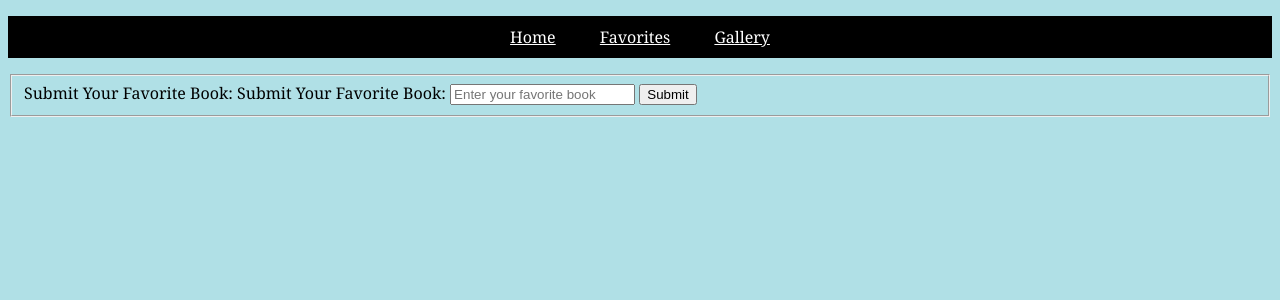
Repository: Brittany-Westlund/WebDesign
Page: Assignment3/favorites.html
The author's editor kept a copy of each file at every save. The page is drawn from the files as they stood at one save, then again after the next save.
The browser window is 1280 px wide. The pictures show the whole page.

Above is the page before, as saved 2025-06-03 22:29:19.

After the next save:
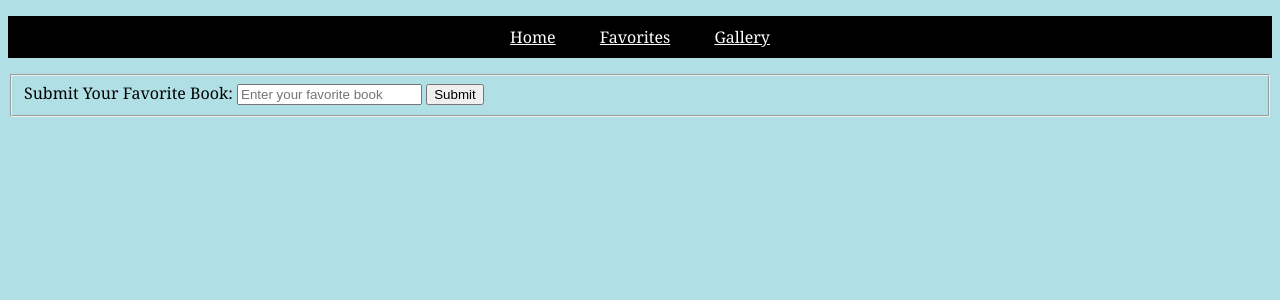
Saved 56 s later.
--- a/Assignment3/favorites.html
+++ b/Assignment3/favorites.html
@@ -20,7 +20,6 @@
   <fieldset>
     <label>Submit Your Favorite Book:</label>
 
-    <label for="favorite-book">Submit Your Favorite Book:</label>
     <input type="text" id="favorite-book" name="favorite-book" placeholder="Enter your favorite book">
 
     <button type="submit">Submit</button>
